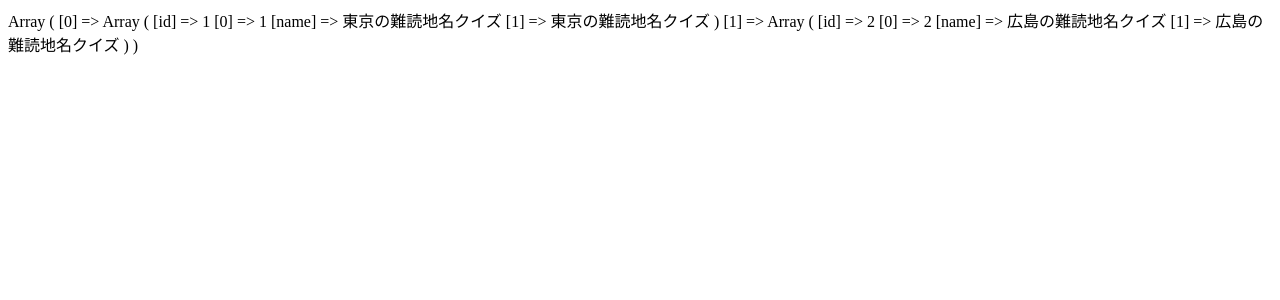
Repository: posse-ap/gen2.0-akira1515
Page: http://localhost/www/html/db_connect.php
The author's editor kept a copy of each file at every save. The page is drawn from the files as they stood at one save, then again after a run of saves.
The browser window is 1280 px wide. The pictures show the whole page.
The page is run by PHP 8.4 with error messages shown; the project is at /var/www/html/. The database holds what the project's SQL file puts in it.

Above is the page before, as saved 2021-12-21 21:22:46.

After the next 5 saves:
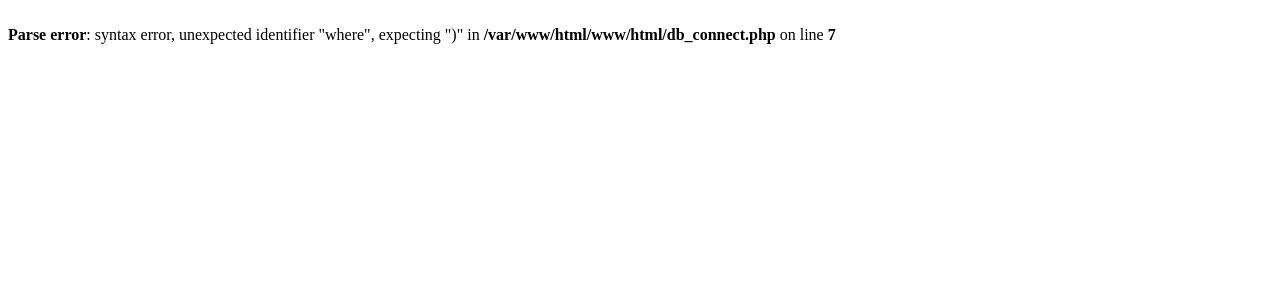
The 5 saves are shown as one change because they came seconds apart.
The last was saved 2 min 20 s later.
--- a/www/html/db_connect.php
+++ b/www/html/db_connect.php
@@ -4,7 +4,7 @@
 $pdo->query('SET NAMES utf8;');
 
 // 2.実行したいSQL文をセットする。
-$stmt = $pdo->query('SELECT * FROM big_questions');
+$stmt = $pdo->query('SELECT * FROM big_questions' where 1);
 
 // 3.SQLに対してパラメーターをセットする。【任意】(可変する部分の受け皿)
 // $stmt->bindValue(':mail_address', $mail_address, PDO::PARAM_STR);

After the save that followed:
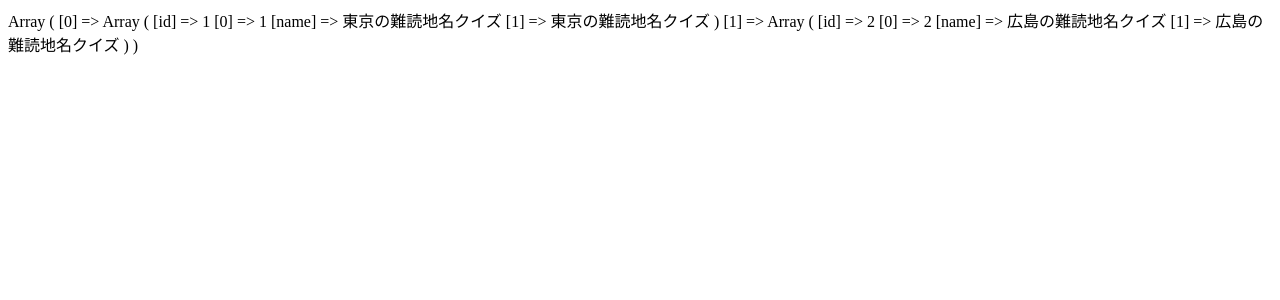
Saved 3 min 6 s later.
--- a/www/html/db_connect.php
+++ b/www/html/db_connect.php
@@ -4,7 +4,7 @@
 $pdo->query('SET NAMES utf8;');
 
 // 2.実行したいSQL文をセットする。
-$stmt = $pdo->query('SELECT * FROM big_questions' where 1);
+$stmt = $pdo->query('SELECT * FROM big_questions');
 
 // 3.SQLに対してパラメーターをセットする。【任意】(可変する部分の受け皿)
 // $stmt->bindValue(':mail_address', $mail_address, PDO::PARAM_STR);
